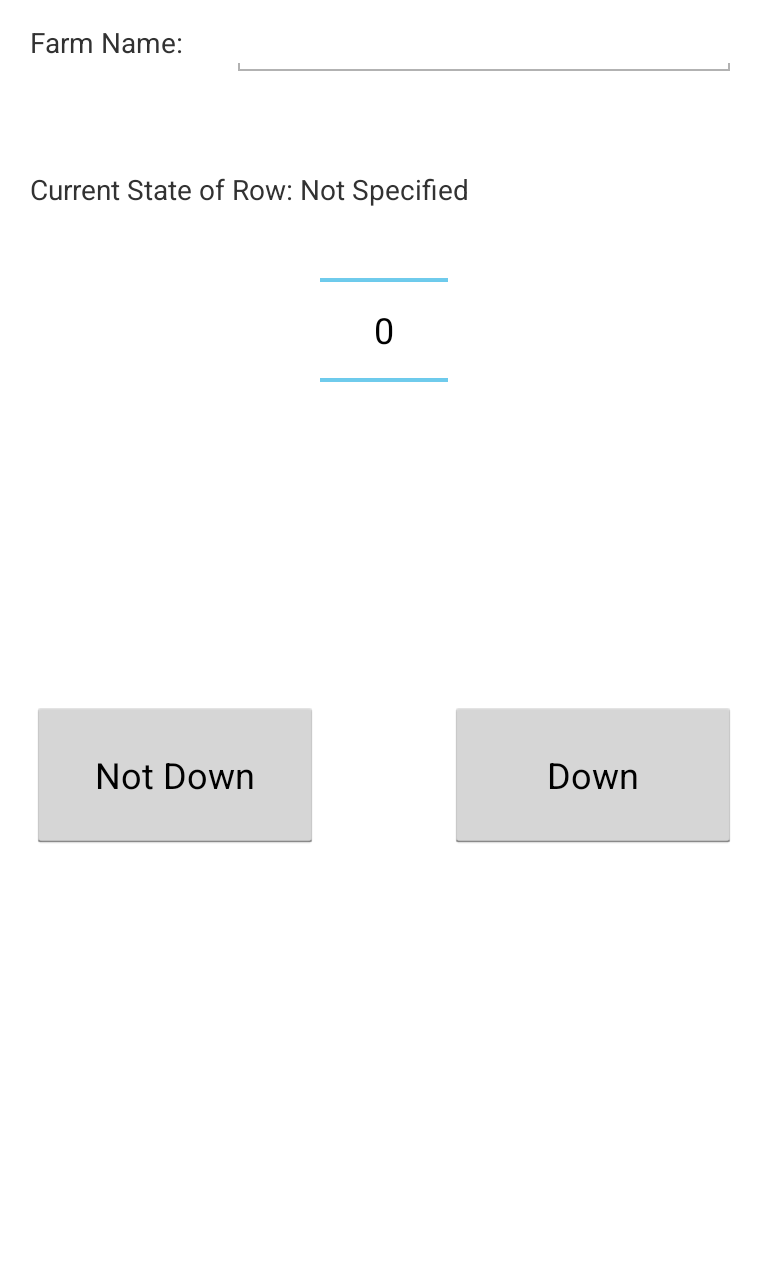
Repository: cokembel/FarmHand
Layout: FarmHand/res/layout/activity_main.xml
An editor plug-in stored every save of this project. The layout is shown before and after the next save, followed by the edit.
It is drawn on a 768 x 1280 px phone screen (xhdpi) without system bars, with theme AppTheme; the app's code is not run.

Above is the layout before, as saved 2012-12-10 07:05:51.

After the next save:
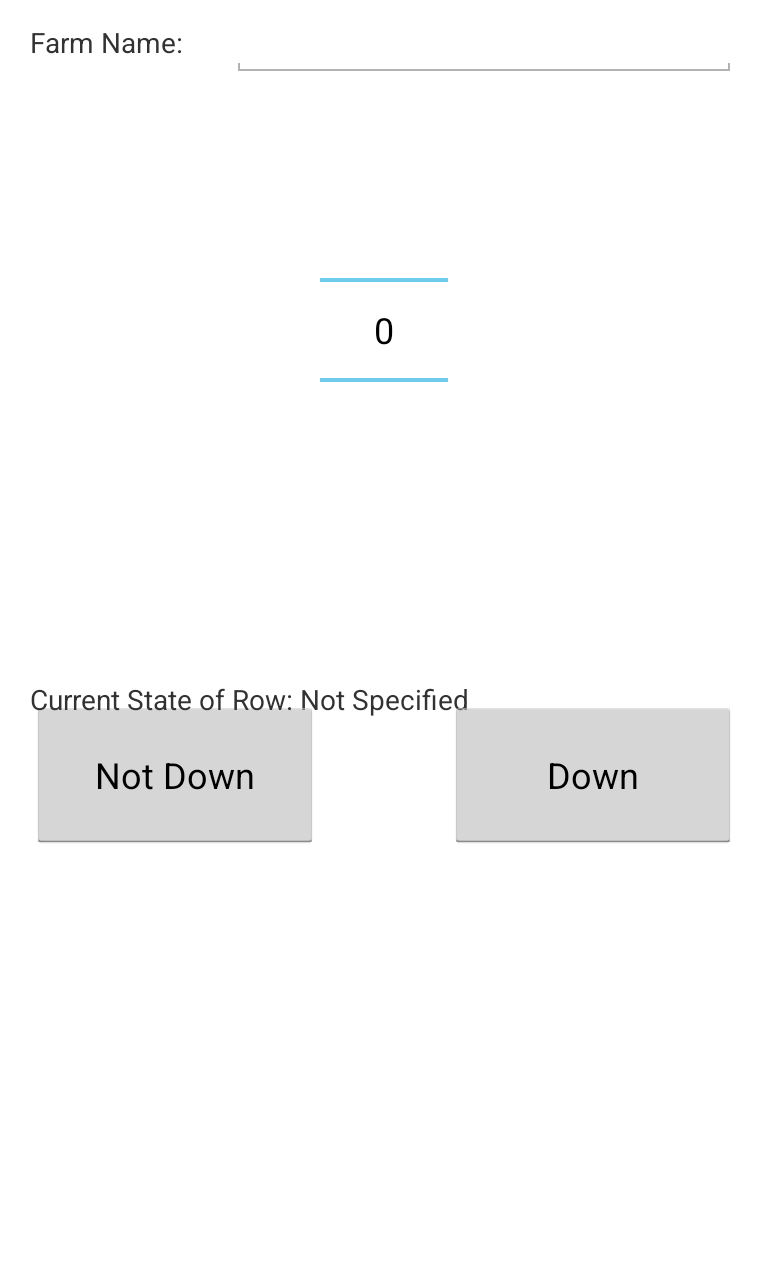
Saved 30 s later.
--- a/FarmHand/res/layout/activity_main.xml
+++ b/FarmHand/res/layout/activity_main.xml
@@ -61,7 +61,7 @@
                 android:layout_width="wrap_content"
                 android:layout_height="wrap_content"
                 android:layout_alignLeft="@+id/farm_label"
-                android:layout_below="@+id/prev_row_button"
+                android:layout_below="@+id/row_number"
                 android:layout_marginTop="85dp"
                 android:text="@string/status" />
 
